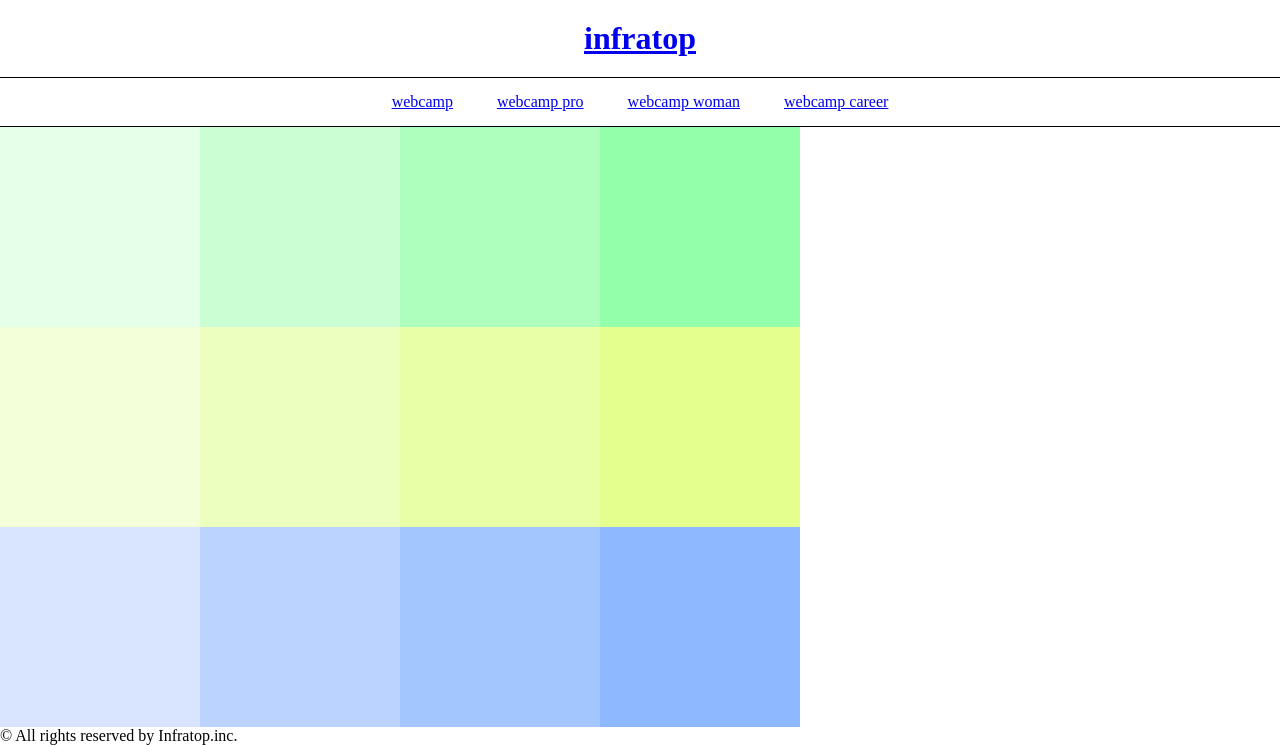
Repository: ryo32sun/Html-Practice
Page: practice/chapter5.html
The author's editor kept a record of every edit. The page is drawn from the files as they stood at one moment, then again after the next edit.
The browser window is 1280 px wide. The pictures show the whole page.

Above is the page before.

### practice/chapter5.html
<!DOCTYPE html>
<html lang="ja">
  <head>
    <meta charset="utf-8">
    <!-- CSSファイルの読み込み -->
    <link rel="stylesheet" href="chapter5.css">
    <title>chapter5</title>
  </head>

  <body>
    <header>
      <h1 class="heading">
        <a href="chapter5.html">
          infratop
        </a>
      </h1>
      <nav>
        <ul class="nav-list">
          <li class="nav-list-item">
            <a href="chapter5.html">
              webcamp
            </a>
          </li>
          <li class="nav-list-item">
            <a href="chapter5.html">
              webcamp pro
            </a>
          </li>
          <li class="nav-list-item">
            <a href="chapter5.html">
              webcamp woman
            </a>
          </li>
          <li class="nav-list-item">
            <a href="chapter5.html">
              webcamp career
            </a>
          </li>
        </ul>
      </nav>
    </header>

    <div class="main">

      <div class="box1"></div>
      <div class="box2"></div>
      <div class="box3"></div>
      <div class="box4"></div>
      <div class="box5"></div>
      <div class="box6"></div>
      <div class="box7"></div>
      <div class="box8"></div>
      <div class="box9"></div>
      <div class="box10"></div>
      <div class="box11"></div>
      <div class="box12"></div>

    </div>

  </body>

  <footer>
    <p class="footer">© All rights reserved by Infratop.inc.</p>
  </footer>

</html>

### practice/chapter5.css
* {
  margin: 0;
  padding: 0;
  box-sizing: border-box;
}

.heading {
  text-align: center;
  margin: 20px 0;
}

.nav-list {
  padding: 15px 0;
  text-align: center;
  border-top:1px solid black;
  border-bottom:1px solid black;
}

.nav-list-item {
  display: inline-block;
  padding:0 20px;
}

.main {
  display: flex;
  justify-content: center;
  flex-wrap: wrap;
  width: 800px;

}

.box1 {
  width: 200px;
  height: 200px;
  background-color:#e6ffe9;
}

.box2 {
  width: 200px;
  height: 200px;
  background-color:#cbffd3;
}

.box3 {
  width: 200px;
  height: 200px;
  background-color:#aeffbd;
}

.box4 {
  width: 200px;
  height: 200px;
  background-color:#93ffab;
}

/* 2列目 */

.box5 {
  width: 200px;
  height: 200px;
  background-color:#f3ffd8;
}

.box6 {
  width: 200px;
  height: 200px;
  background-color:#edffbe;
}

.box7 {
  width: 200px;
  height: 200px;
  background-color:#e9ffa5;
}

.box8 {
  width: 200px;
  height: 200px;
  background-color:#e4ff8d;
}

/* 3列目 */

.box9 {
  width: 200px;
  height: 200px;
  background-color:#d9e5ff;
}

.box10 {
  width: 200px;
  height: 200px;
  background-color:#bad3ff;
}

.box11 {
  width: 200px;
  height: 200px;
  background-color:#a4c6ff;
}

.box12 {
  width: 200px;
  height: 200px;
  background-color:#8eb8ff;
}

fotter {
  text-align: center;
  width: 100%;
  height: 120px;
}

After the next edit:
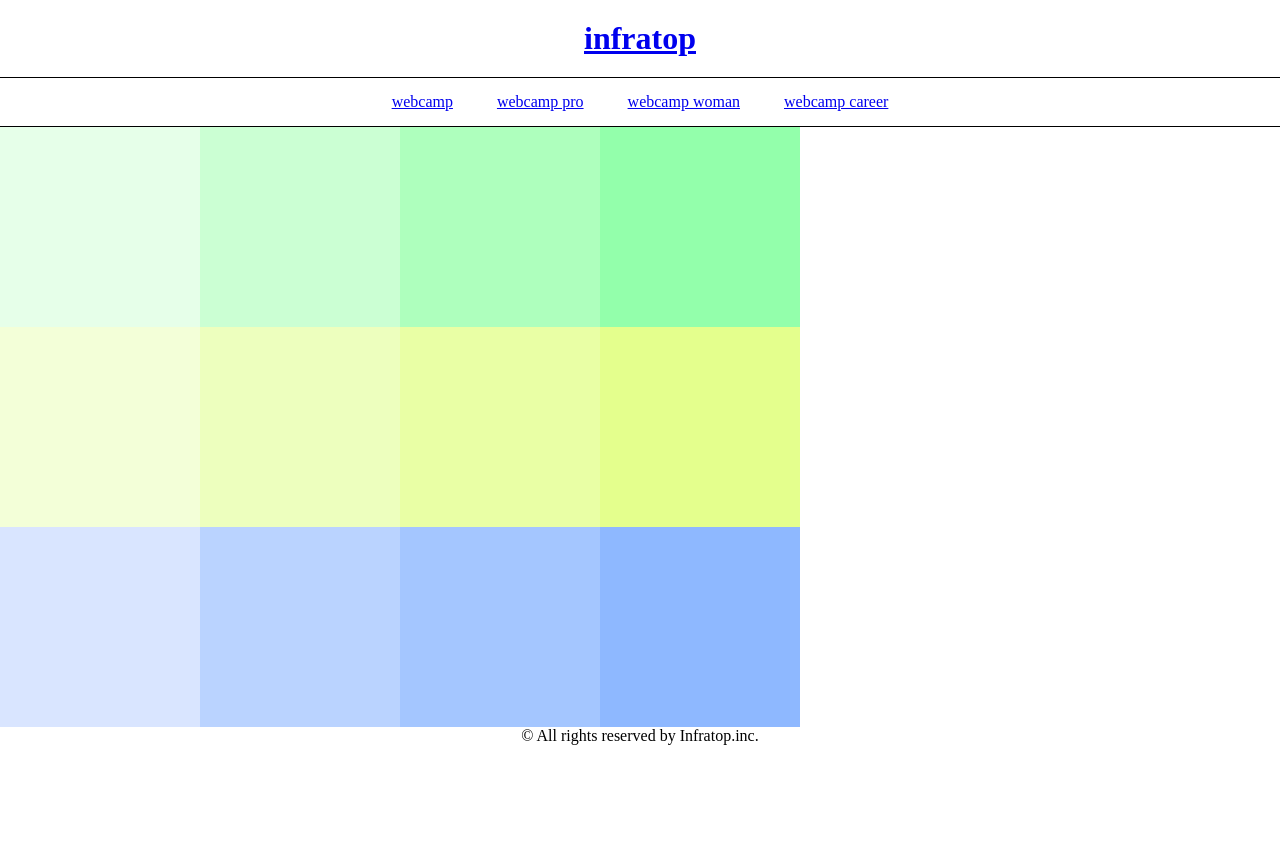
The edit:
--- a/practice/chapter5.css
+++ b/practice/chapter5.css
@@ -105,7 +105,7 @@
   background-color:#8eb8ff;
 }
 
-fotter {
+footer {
   text-align: center;
   width: 100%;
   height: 120px;
